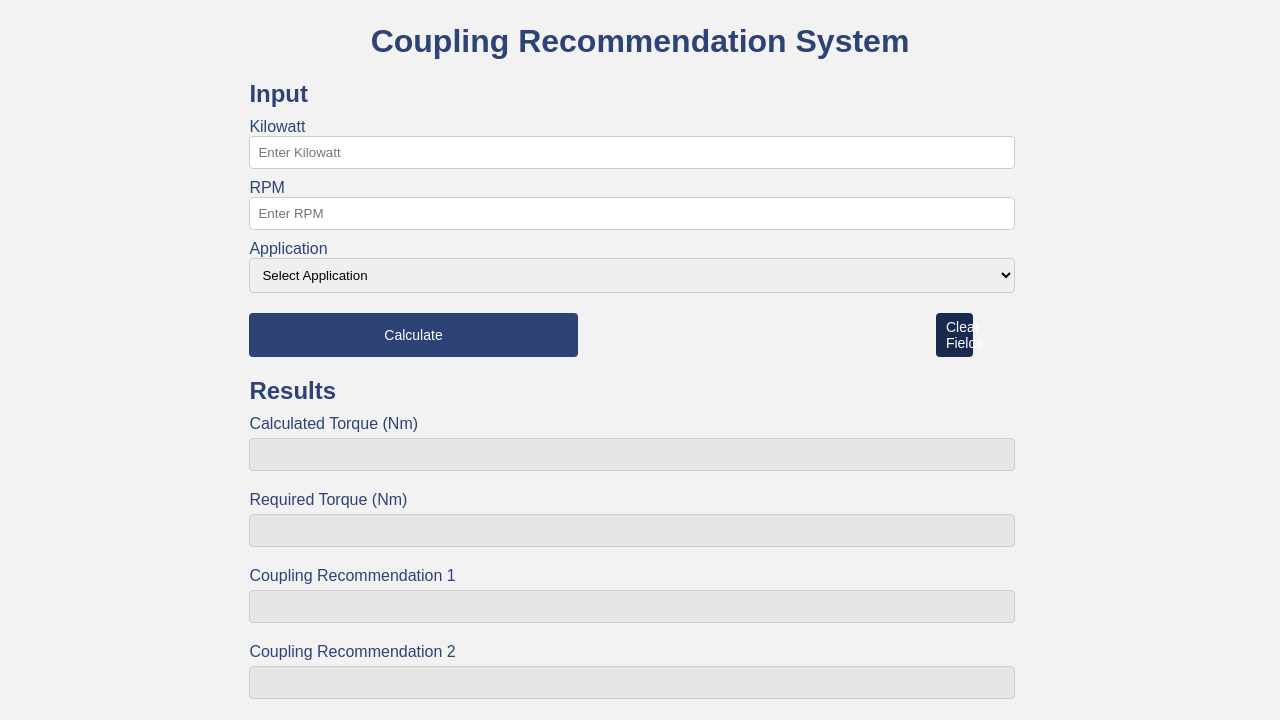
Repository: JustinSadie/calculator
Page: newIndex.html
The author's editor kept a copy of each file at every save. The page is drawn from the files as they stood at one save, then again after the next save.
The browser window is 1280 px wide. The pictures show the whole page.

Above is the page before, as saved 2024-08-25 15:58:33.

After the next save:
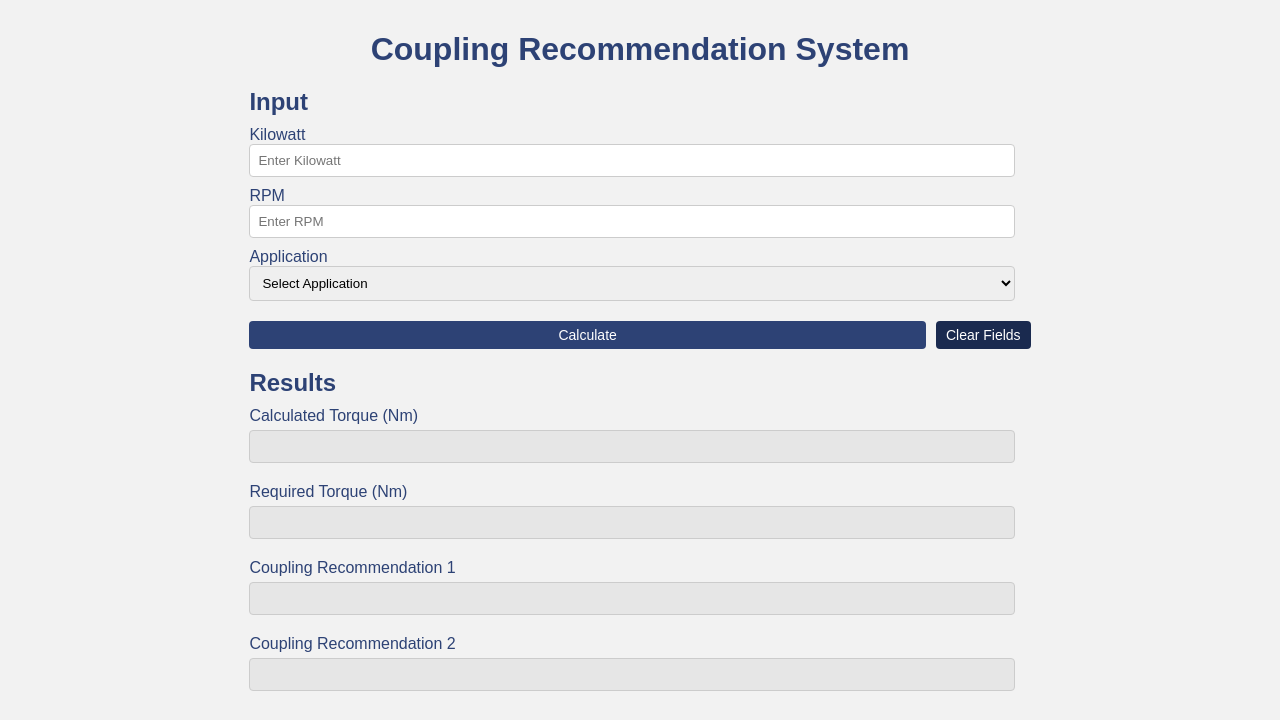
Saved 7 s later.
--- a/newCSS.css
+++ b/newCSS.css
@@ -64,7 +64,6 @@
   border-radius: 4px;
   cursor: pointer;
   font-size: 14px;
-  width: calc(50% - 10px); /* Adjust width for smaller button */
 }
 
 button:hover {

After the save that followed:
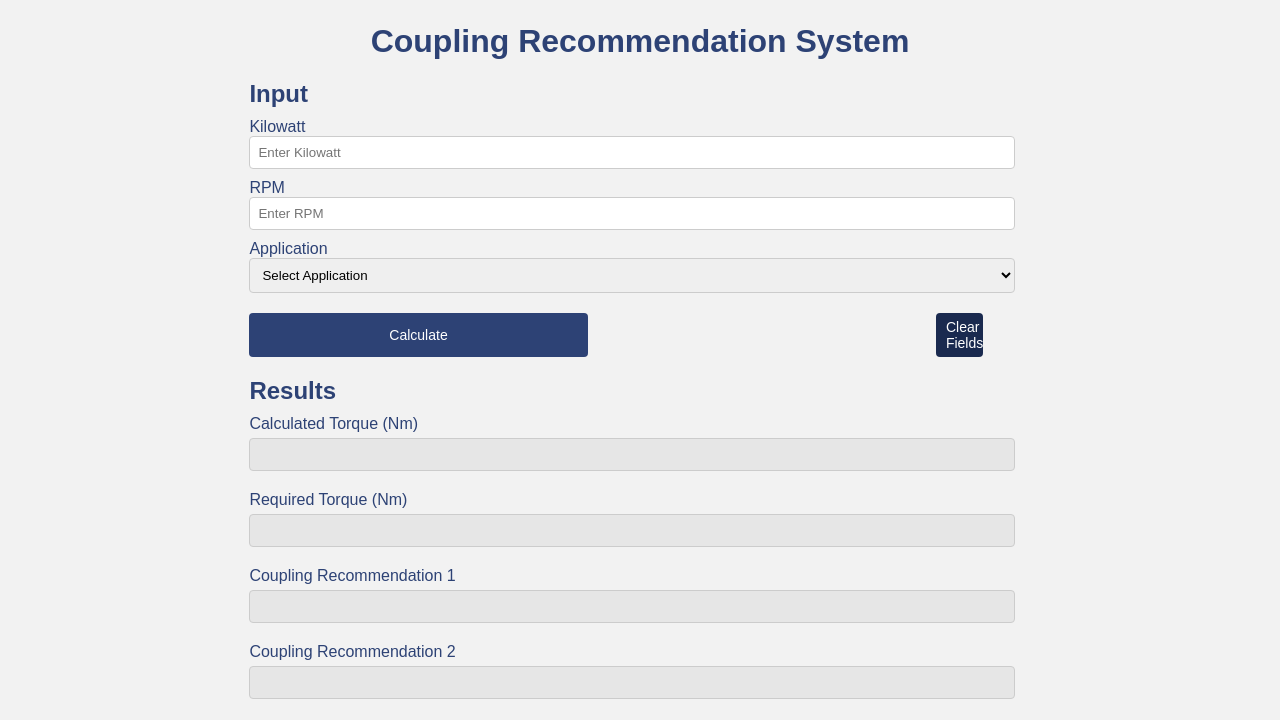
Saved 15 s later.
--- a/newCSS.css
+++ b/newCSS.css
@@ -64,6 +64,7 @@
   border-radius: 4px;
   cursor: pointer;
   font-size: 14px;
+  width: calc(50% ); /* Adjust width for smaller button */
 }
 
 button:hover {
